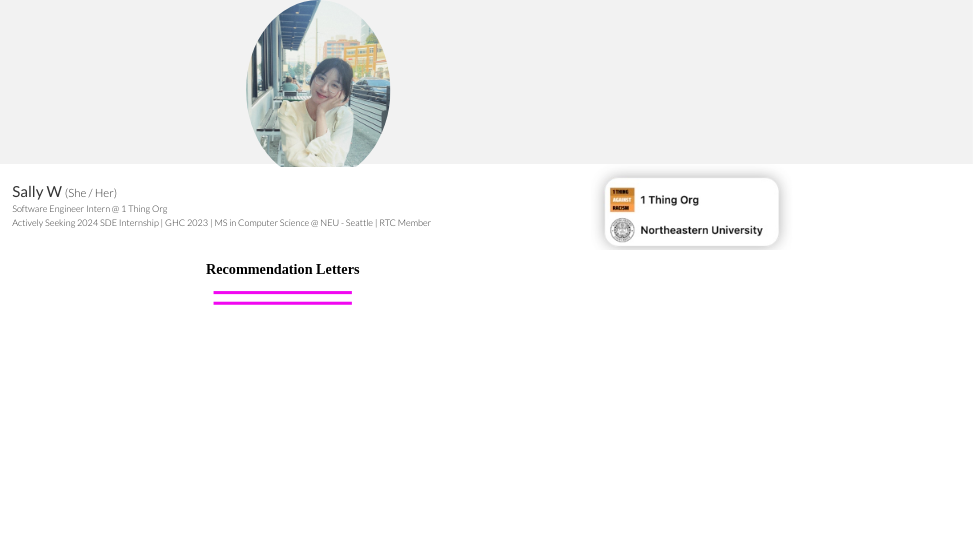
Repository: tianjiewang2022/digital-namecard
Page: recommendation_page.html
An editor plug-in stored every save of this project. The page is shown before and after the next save, followed by the edit.
The browser window is 1280 px wide. The pictures show the whole page, at 76% of full size.
Some web fonts or font styles are not loaded; a fallback is used.

Above is the page before, as saved 2023-10-16 17:46:24.

After the next save:
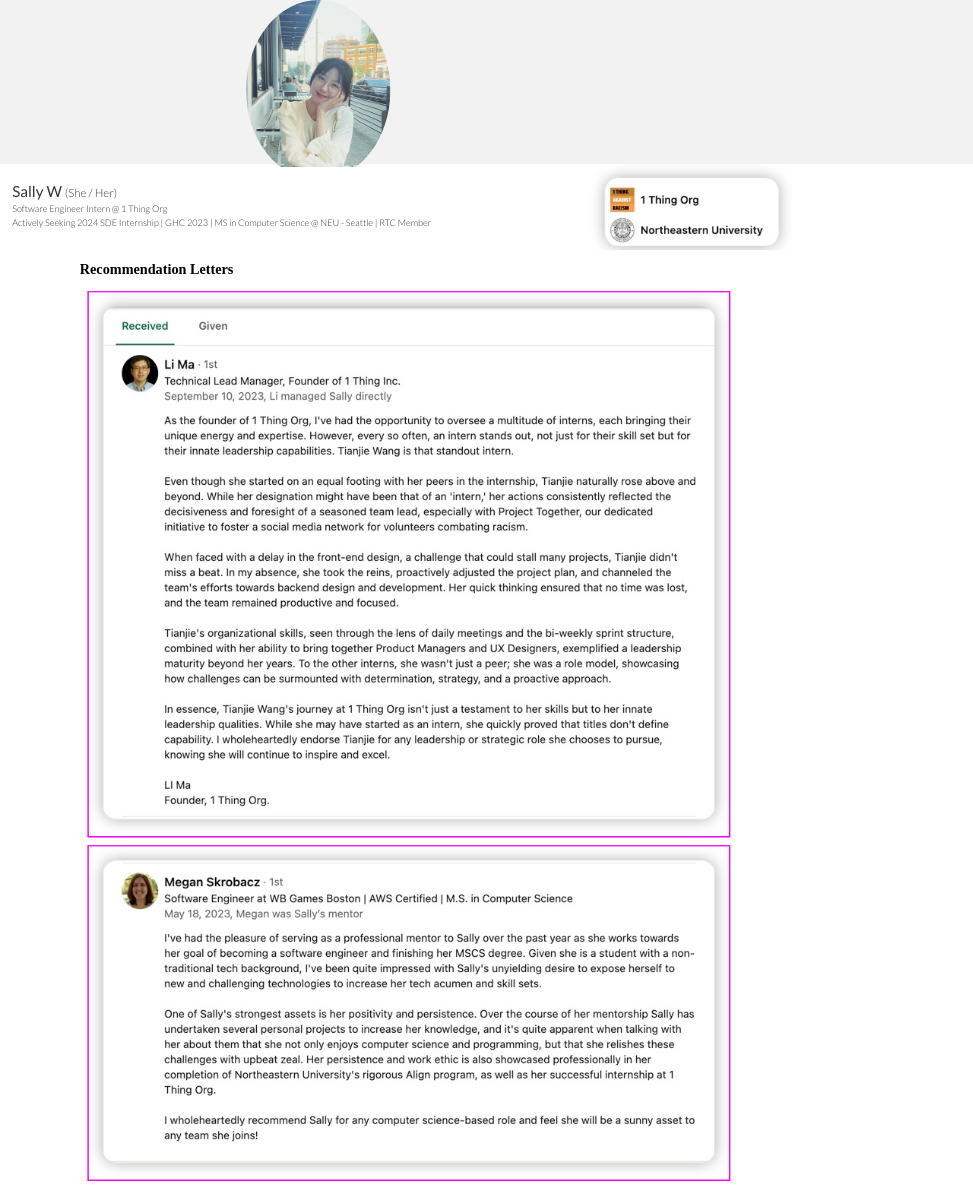
Saved 14 s later.
--- a/recommendation_page.html
+++ b/recommendation_page.html
@@ -41,10 +41,10 @@
                 <h3>Recommendation Letters</h3>
                 <div class="image-container">
                     <div class="item">
-                        <src="Recommendation_Manager.jpg" alt="Recommendation from Manager">
+                        <img src="Recommendation_Manager.jpg" alt="Recommendation from Manager">
                     </div>
                     <div class="item">
-                        <src="Recommendation_Mentor.jpg" alt="Recommendation from Mentor">
+                        <img src="Recommendation_Mentor.jpg" alt="Recommendation from Mentor">
                     </div>
                 </div>
             </div>
